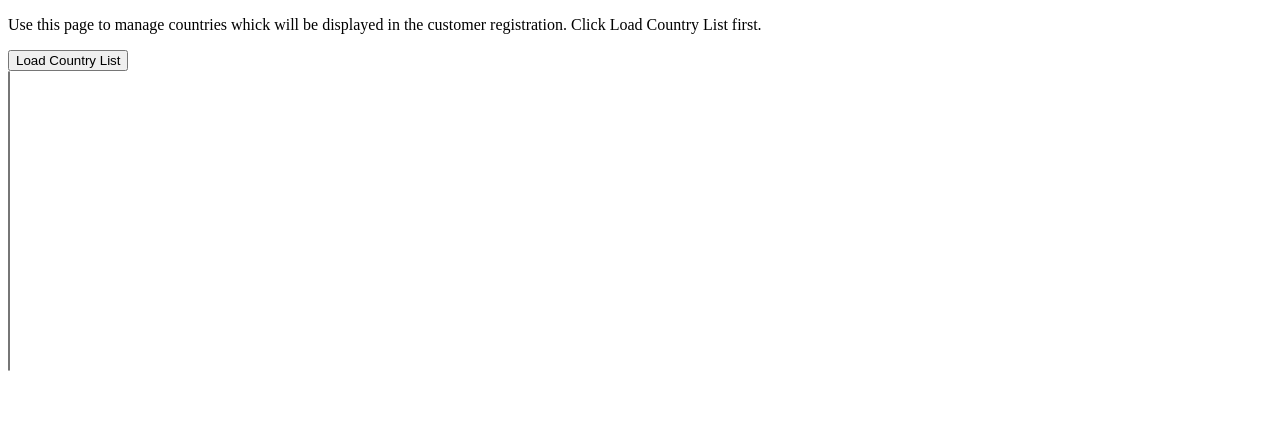
Repository: theAnh-js/Spring-Boot-E-commerce
Page: http://localhost/settings/states
The author's editor kept a copy of each file at every save. The page is drawn from the files as they stood at one save, then again after the next save.
The browser window is 1280 px wide. The pictures show the whole page.
The page is this project's Thymeleaf template; nobody is signed in. The template is opened directly, without the code that normally fills it, so the values that code supplies are empty.

Above is the page before, as saved 2024-02-15 03:56:41.

After the next save:
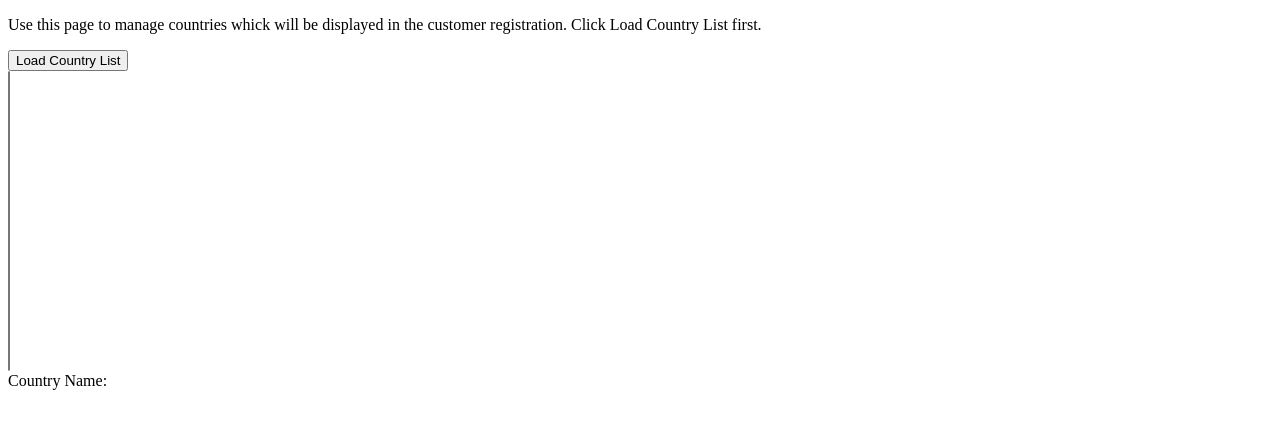
Saved 8 min 36 s later.
--- a/ShopmeProject/ShopmeWebParent/ShopmeBackEnd/src/main/resources/templates/settings/states.html
+++ b/ShopmeProject/ShopmeWebParent/ShopmeBackEnd/src/main/resources/templates/settings/states.html
@@ -13,7 +13,12 @@
 	</div>
 	<div>
 		<select class="form-control m-2" style="height: 300px" size="3">
+
 		</select>
+	</div>
+	<div class="form-group row">
+		<label class="col-form-label">Country Name:</label>
+		<div class="col-md"> </div>
 	</div>
 
 </div>
